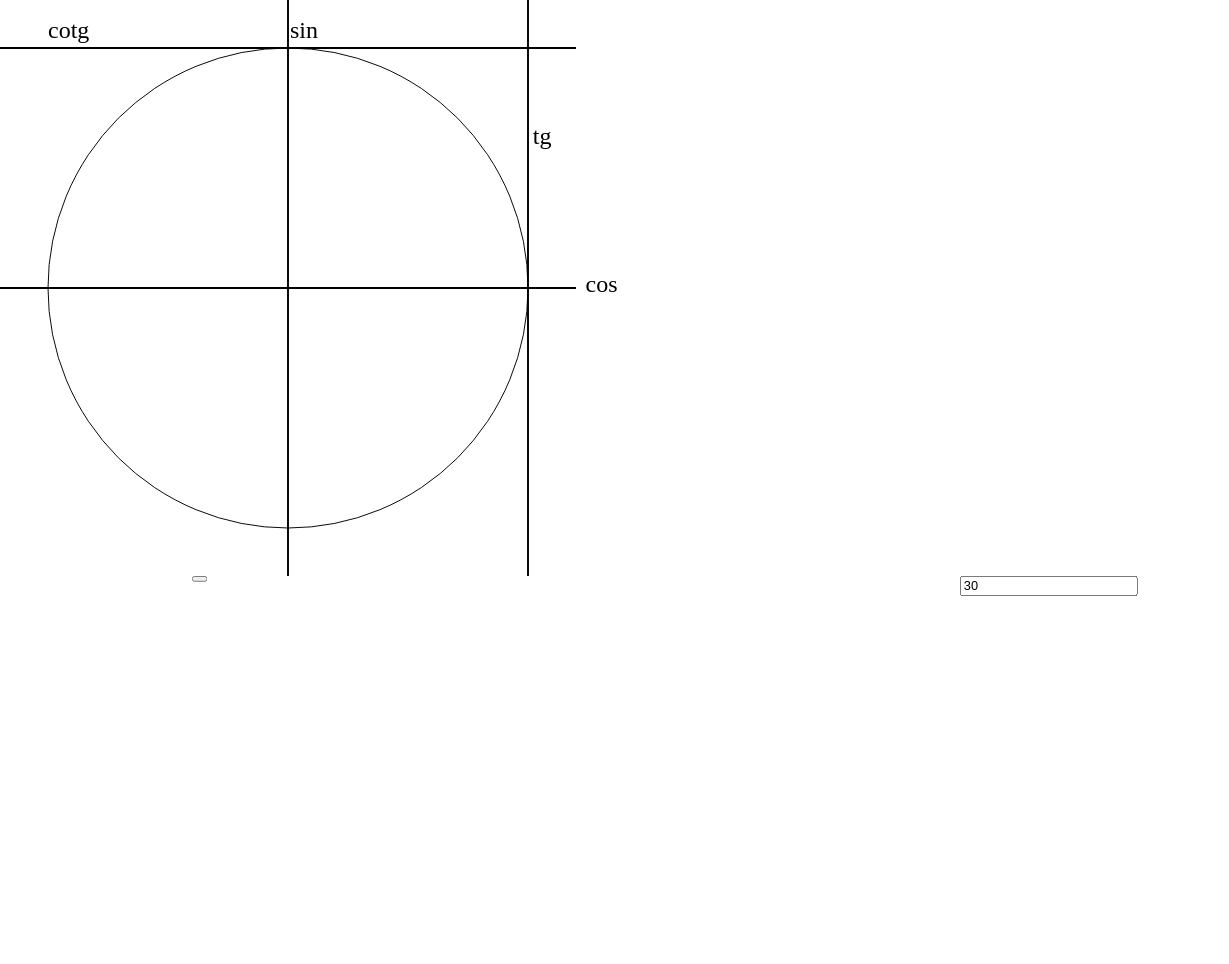
Repository: BraynStorm/braynstorm.github.io
Page: http://localhost/
The author's editor kept a copy of each file at every save. The page is drawn from the files as they stood at one save, then again after a run of saves.
The browser window is 1280 px wide. The pictures show the whole page, at 96% of full size.
The page is run by PHP 8.4 with error messages shown; the project is at /var/www/html/.

Above is the page before, as saved 2015-02-23 18:05:14.

After the next 2 saves:
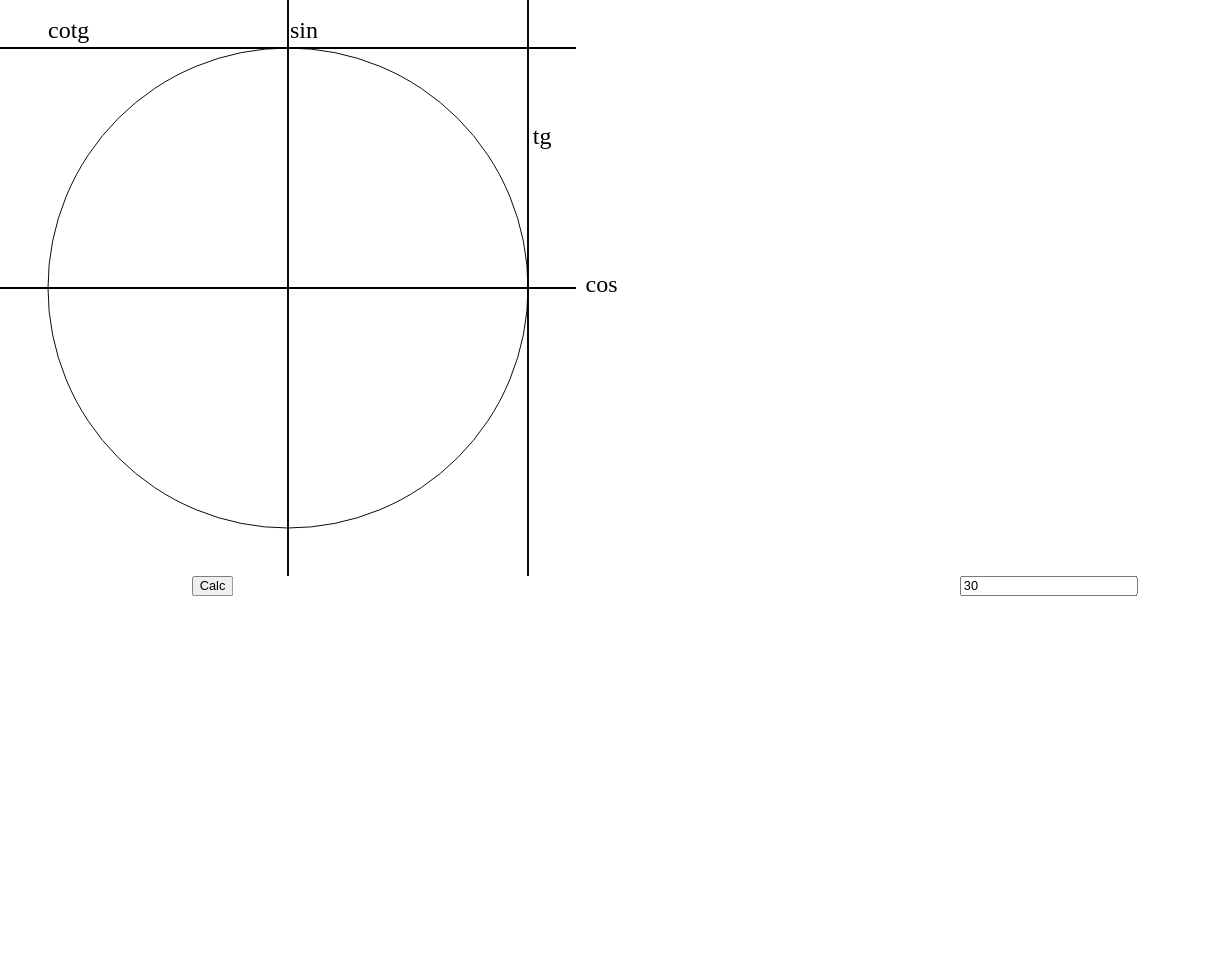
The 2 saves are shown as one change because they came seconds apart.
The last was saved 14 s later.
--- a/JSDrawing/index.php
+++ b/JSDrawing/index.php
@@ -32,7 +32,7 @@
 		</svg>
 
 		<input type="text" value="30" id="angleBox" />
-		<button id="stupid" alt="Calc"/>
+		<input type="button" id="stupid" value="Calc"/>
 		</div>
 	</body>
 </html>
